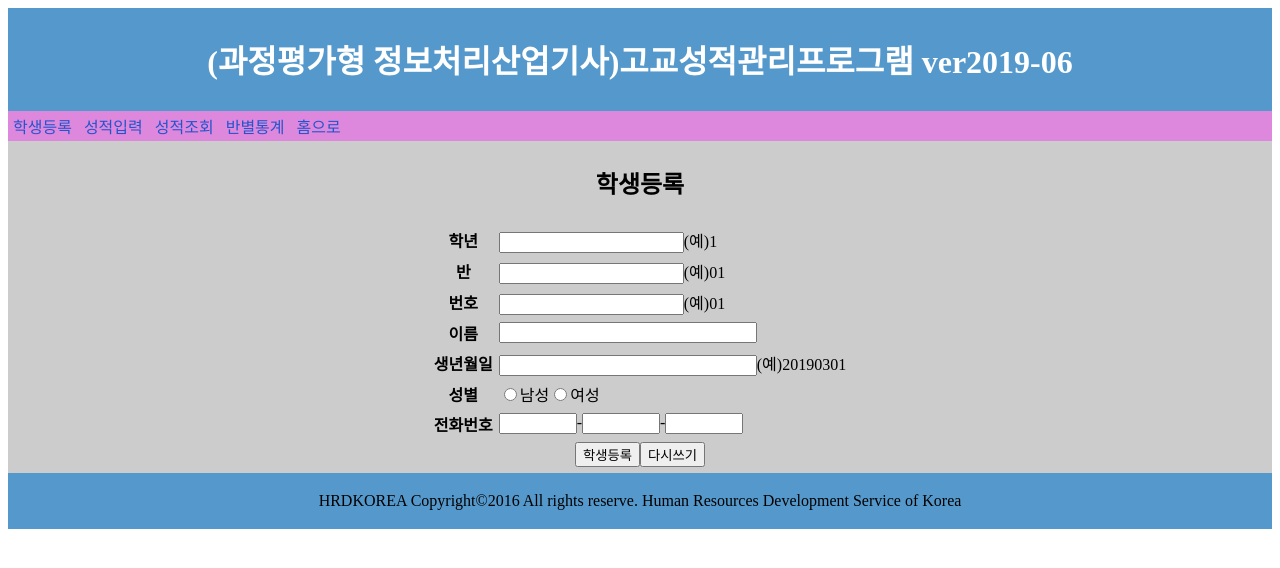
Repository: bolbbal/jdbc
Page: http://localhost/cbq_99/sub1.jsp
The author's editor kept a copy of each file at every save. The page is drawn from the files as they stood at one save, then again after the next save.
The browser window is 1280 px wide. The pictures show the whole page.
The page is served by Tomcat 9. Other server files are loaded and not shown.

Above is the page before, as saved 2024-08-26 06:35:38.

### javastudy18/jspStudy/cbq_99/cbq_99/WebContent/sub1.jsp
<%@ page language="java" contentType="text/html; charset=UTF-8"
	pageEncoding="UTF-8"%>
<%@ page import="Model.*"%>
<%@ page import="java.sql.*"%>
<%@ page import="java.util.*"%>
<%@ page import="java.text.*"%>
<!DOCTYPE html>
<html>
<head>
<meta charset="UTF-8">
<title>고교성적관리</title>
<style>
header {
	background: #59c;
	padding: 1px;
}

h1 {
	color: #fff;
	text-align: center;
	padding: 6px
}

nav {
	background: #D8D;
	padding: 1px
}

a {
	text-decoration: none;
	color: #25C;
	display: inline-block;
	padding: 2px 4px;
}

section {
	padding: 1px;
	background: #CCC;
}

h2 {
	text-align: center;
	padding: 3px;
}

footer {
	background: #59c;
	padding: 1px;
}

footer p {
	text-align: center;
	padding: 2px;
}

table, th, td {
	border: 1px solid #ccc;
}

table {
	margin: 0 auto;
}
</style>
<script type="text/javascript">
	function check() {
		if (my.syear.value == "") {
			alert("학년정보가 입력되지 않았습니다!");
			my.syear.focus();
			return false;
		}
		if (my.sclass.value == "") {
			alert("반정보가 입력되지 않았습니다!");
			my.sclass.focus();
			return false;
		}
		if (my.sno.value == "") {
			alert("번호정보가 입력되지 않았습니다!");
			my.sno.focus();
			return false;
		}
		if (my.sname.value == "") {
			alert("이름이 입력되지 않았습니다!");
			my.sname.focus();
			return false;
		}
		if (my.birth.value == "") {
			alert("생년월일이 입력되지 않았습니다!");
			my.birth.focus();
			return false;
		}
		if (my.gender.checked=="" && my.gender.checked=="") {
			alert("성별을 선택하세요!");
			my.gender[0].focus();
			return false;
		}
		/*
		var genders = document.getElementsByName("gender");
		if(!genders[0].checked && !genders[1].checked) {
			alert("성별선택");
			genders[0].focus();
			return false;
		}
		*/
		if (my.tel1.value == "") {
			alert("전화번호가 입력되지 않았습니다!");
			my.tel1.focus();
			return false;
		}
		if (my.tel2.value == "") {
			alert("전화번호가 입력되지 않았습니다!");
			my.tel2.focus();
			return false;
		}
		if (my.tel3.value == "") {
			alert("전화번호가 입력되지 않았습니다!");
			my.tel3.focus();
			return false;
		}
		return true;

	}
</script>
</head>
<body>
	<header>
		<h1>(과정평가형 정보처리산업기사)고교성적관리프로그램 ver2019-06</h1>
	</header>
	<nav>
		<a href="sub1.jsp">학생등록</a> <a href="sub2.jsp">성적입력</a> <a
			href="sub3.jsp">성적조회</a> <a href="sub4.jsp">반별통계</a> <a
			href="index.jsp">홈으로</a>
	</nav>
	<section>
		<h2>학생등록</h2>
		<form name="my" method="post" action="sub1pro.jsp"
			onsubmit="return check()">
			<table>
				<tr>
					<th style="border: 1px">학년</th>
					<td><input type="text" name="syear">(예)1</td>
				</tr>
				<tr>
					<th>반</th>
					<td><input type="text" name="sclass">(예)01</td>
				</tr>
				<tr>
					<th>번호</th>
					<td><input type="text" name="sno">(예)01</td>
				</tr>
				<tr>
					<th>이름</th>
					<td><input type="text" name="sname" style="width: 250px"></td>
				</tr>
				<tr>
					<th>생년월일</th>
					<td><input type="text" name="birth" style="width: 250px">(예)20190301</td>
				</tr>
				<tr>
					<th>성별</th>
					<td><input type="radio" name="gender" value="M">남성<input
						type="radio" name="gender" value="F">여성</td>
				</tr>
				<tr>
					<th>전화번호</th>
					<td><input type="text" name="tel1" style="width: 70px">-<input
						type="text" name="tel2" style="width: 70px">-<input
						type="text" name="tel3" style="width: 70px"></td>
				</tr>
				<tr>
					<td colspan="2" style="text-align: center;"><input
						type="submit" value="학생등록"><input type="reset"
						value="다시쓰기"></td>
				</tr>
			</table>
		</form>
	</section>
	<footer>
		<p>HRDKOREA Copyright&copy;2016 All rights reserve. Human
			Resources Development Service of Korea</p>
	</footer>
</body>
</html>

After the next save:
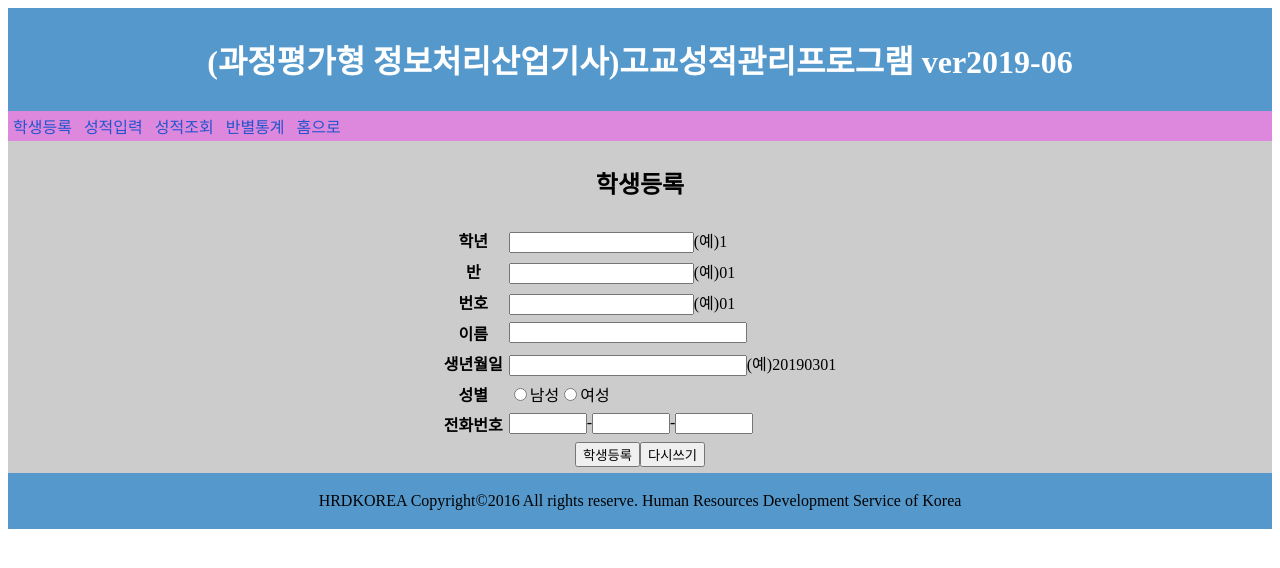
Saved 11 s later.
--- a/javastudy18/jspStudy/cbq_99/cbq_99/WebContent/sub1.jsp
+++ b/javastudy18/jspStudy/cbq_99/cbq_99/WebContent/sub1.jsp
@@ -149,11 +149,11 @@
 				</tr>
 				<tr>
 					<th>이름</th>
-					<td><input type="text" name="sname" style="width: 250px"></td>
+					<td><input type="text" name="sname" style="width: 230px"></td>
 				</tr>
 				<tr>
 					<th>생년월일</th>
-					<td><input type="text" name="birth" style="width: 250px">(예)20190301</td>
+					<td><input type="text" name="birth" style="width: 230px">(예)20190301</td>
 				</tr>
 				<tr>
 					<th>성별</th>
